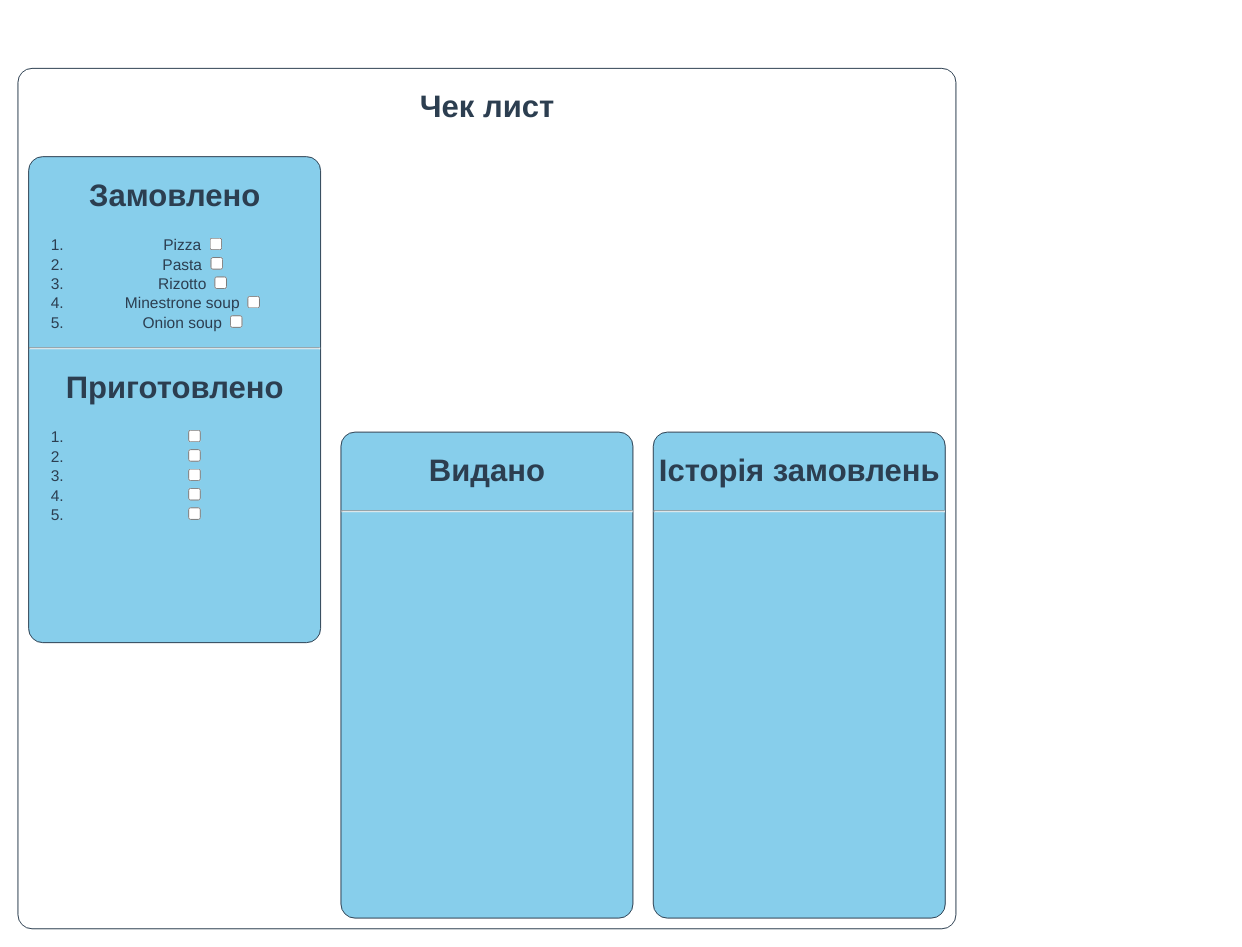
Repository: Salexandraa/HOME_Subotina
Page: / (app in order-list/)
An editor plug-in stored every save of this project. The page is shown before and after the next save, followed by the edit.
The browser window is 1280 px wide. The pictures show the whole page, at 97% of full size.
The project was rebuilt for these pictures with package versions that can differ from the ones it lists, and the page was loaded fresh each time.

Above is the page before, as saved 2020-10-09 17:18:00.

After the next save:
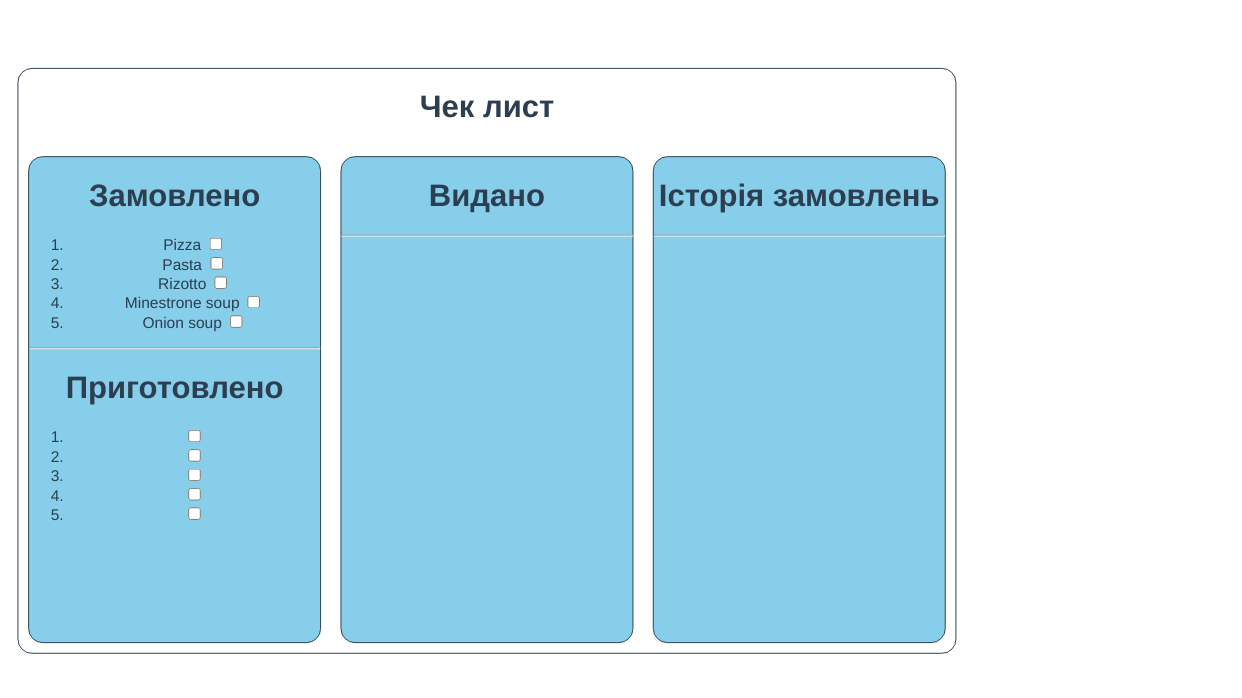
Saved 2 min 5 s later.
--- a/order-list/src/components/CheckList/index.vue
+++ b/order-list/src/components/CheckList/index.vue
@@ -44,6 +44,7 @@ export default {
   border-radius: 15px;
   text-align: center;
   display: inline-block;
+  vertical-align: middle;
   margin: 10px;
 }
 </style>
